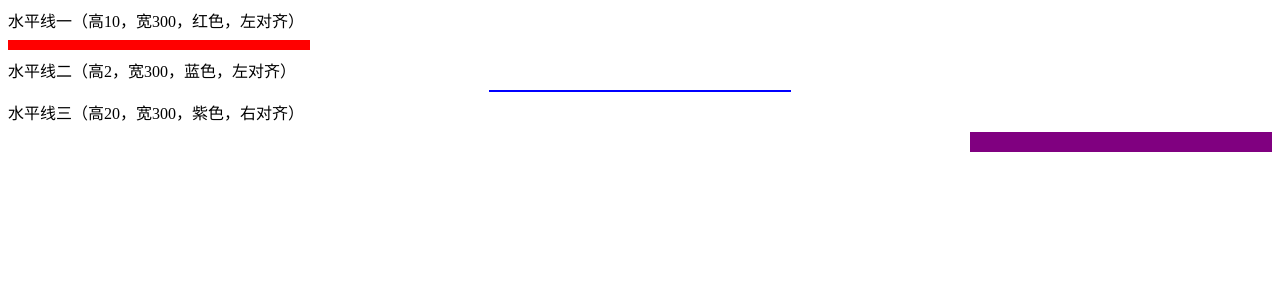
Repository: 13982720426/jsp-homework
Page: JSP实验课作业/JSP实验课1/sy2-5.html
These files come from the project's save history. The page is drawn as it stood at one moment and after the next save; the edit follows.
The browser window is 1280 px wide. The pictures show the whole page.

Above is the page before, as saved 2021-04-21 21:45:10.

### JSP实验课作业/JSP实验课1/sy2-5.html
<!DOCTYPE html>
<html>

<head>
    <meta charset="utf-8" />
    <title></title>

</head>

<body>
    <div>
        水平线一（高10，宽300，红色，左对齐）
        <hr width="300" size="10" color="red" align="left" />
        水平线二（高2，宽300，蓝色，左对齐）
        <hr width="300" size="2" color="blue" />
        水平线三（高20，宽300，紫色，右对齐）
        <hr width="300" size="20" color="purple" align="right" />
    </div>


</body>

</html>

After the next save:
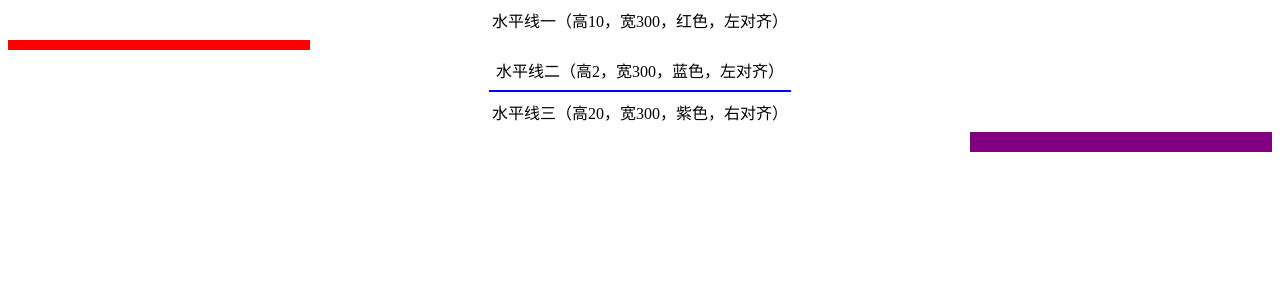
Saved 16 s later.
--- a/JSP实验课作业/JSP实验课1/sy2-5.html
+++ b/JSP实验课作业/JSP实验课1/sy2-5.html
@@ -8,7 +8,7 @@
 </head>
 
 <body>
-    <div>
+    <div style="text-align: center;">
         水平线一（高10，宽300，红色，左对齐）
         <hr width="300" size="10" color="red" align="left" />
         水平线二（高2，宽300，蓝色，左对齐）
